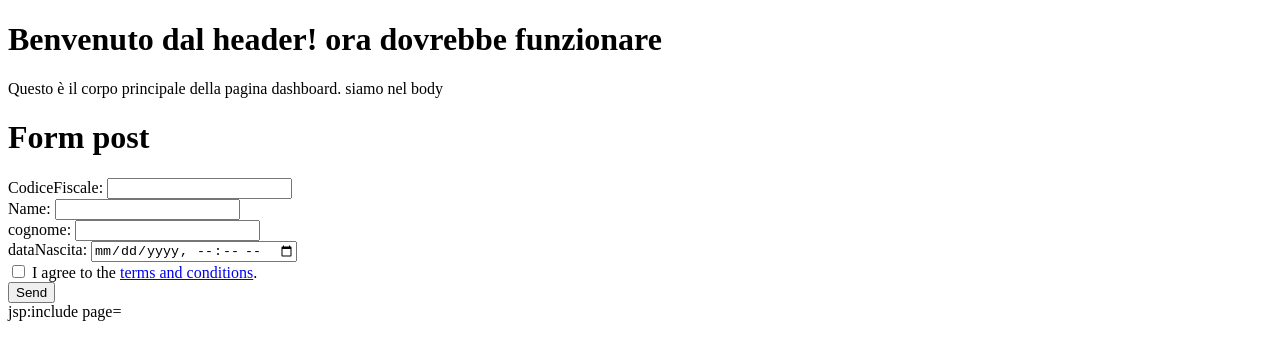
Repository: PcarloP/java_se
Page: http://localhost/anagraficaweb/jsp/body.jsp
The author's editor kept a copy of each file at every save. The page is drawn from the files as they stood at one save, then again after the next save.
The browser window is 1280 px wide. The pictures show the whole page.
The page is served by Tomcat 10.

Above is the page before, as saved 2025-06-22 10:32:42.

After the next save:
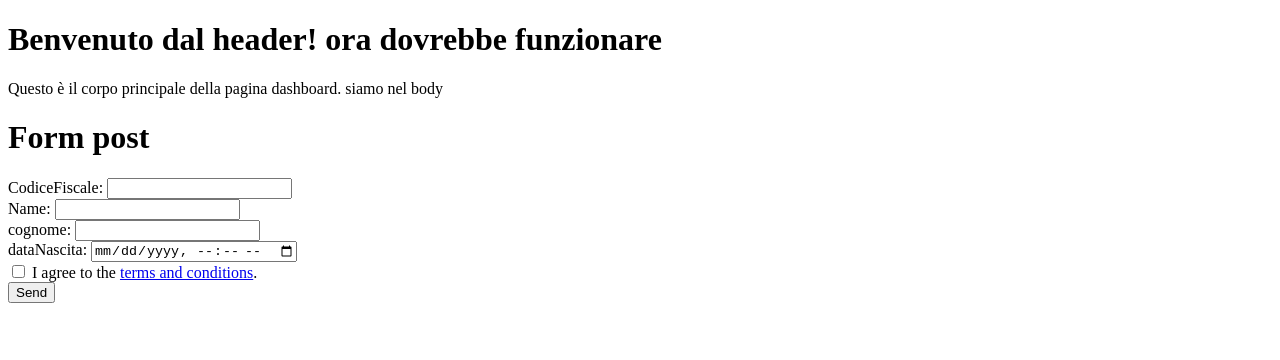
Saved 33 s later.
--- a/anagraficaweb/WebContent/jsp/body.jsp
+++ b/anagraficaweb/WebContent/jsp/body.jsp
@@ -57,7 +57,7 @@
 
 				<button type="submit">Send</button>
 			</form>
-			jsp:include page=
+			<jsp include page=
 		</main>
 
 
